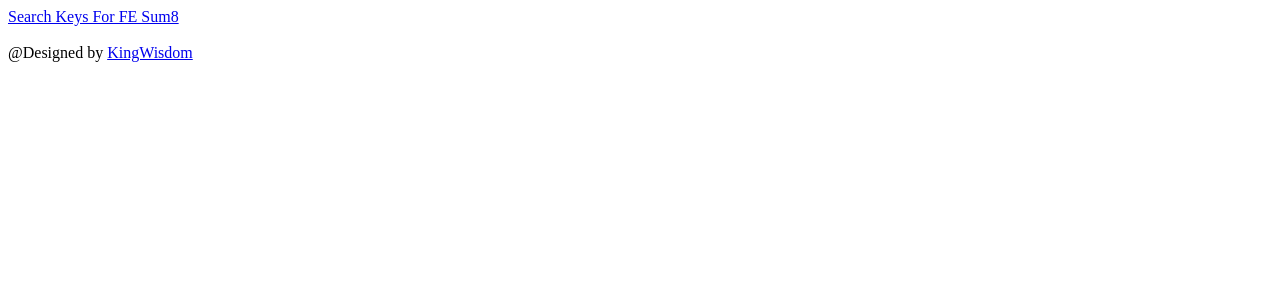
Repository: KingWisdomDEV/kingwisdomdev.github.io
Page: index.html
These files come from the project's save history. The page is drawn as it stood at one moment and after the next save; the edit follows.
The browser window is 1280 px wide. The pictures show the whole page.

Above is the page before, as saved 2022-03-27 11:50:52.

### index.html
<!DOCTYPE html>
<html lang="en">
<head>
    <meta charset="UTF-8">
    <meta http-equiv="X-UA-Compatible" content="IE=edge">
    <meta name="viewport" content="width=device-width, initial-scale=1.0">
    <title>Nothing is impossible | KingWisdom</title>
</head>
<body>
    <a href="https://kingwisdomdev.github.io/search-keys/">Search Keys For FE Sum8</a><br><br>
    @Designed by <a href="https://github.com/KingWisdomDEV">KingWisdom</a>
</body>
</html>

After the next save:
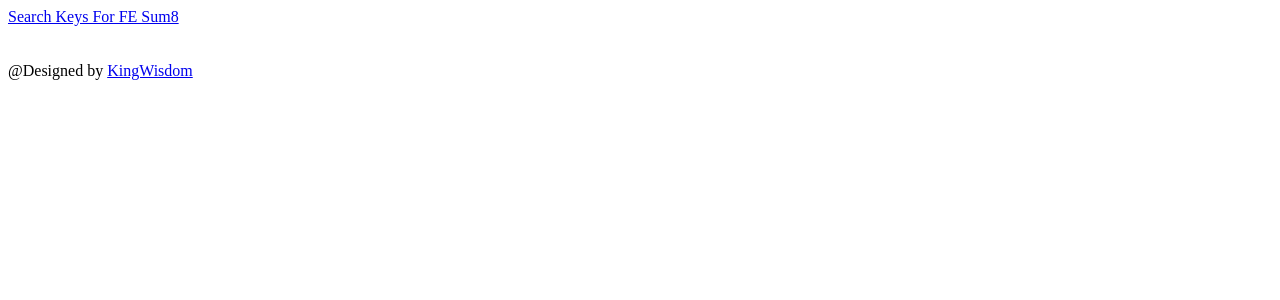
Saved 7 s later.
--- a/index.html
+++ b/index.html
@@ -7,7 +7,7 @@
     <title>Nothing is impossible | KingWisdom</title>
 </head>
 <body>
-    <a href="https://kingwisdomdev.github.io/search-keys/">Search Keys For FE Sum8</a><br><br>
+    <a href="https://kingwisdomdev.github.io/search-keys/">Search Keys For FE Sum8</a><br><br><br>
     @Designed by <a href="https://github.com/KingWisdomDEV">KingWisdom</a>
 </body>
 </html>
